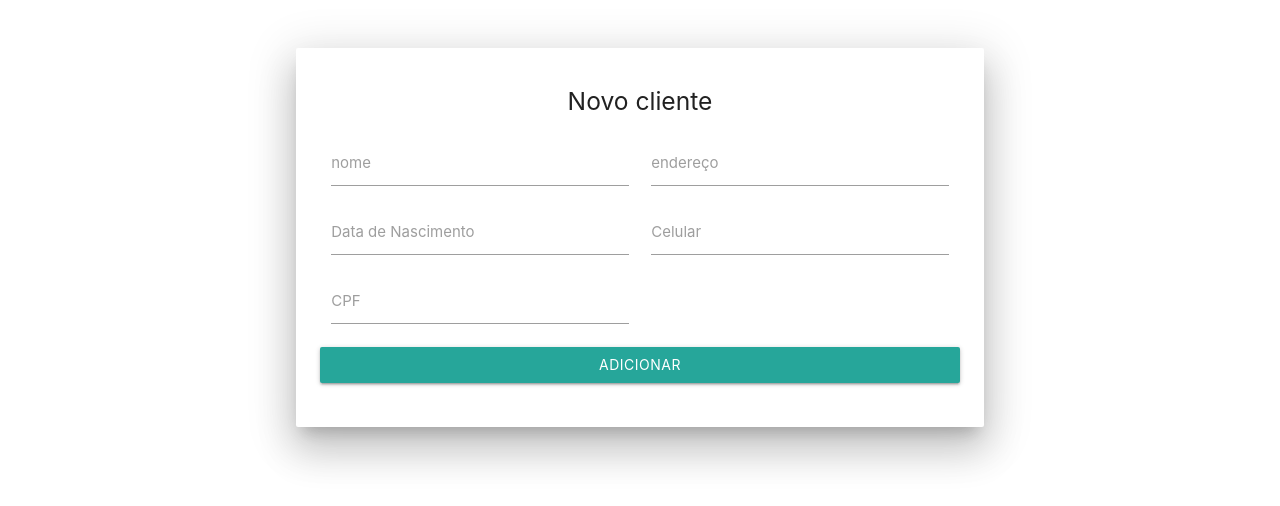
Repository: luizasilveira/TechWeb
Page: Projeto1/techWebP1/WebContent/add.html
The author's editor kept a copy of each file at every save. The page is drawn from the files as they stood at one save, then again after the next save.
The browser window is 1280 px wide. The pictures show the whole page.

Above is the page before, as saved 2019-09-08 22:13:16.

After the next save:
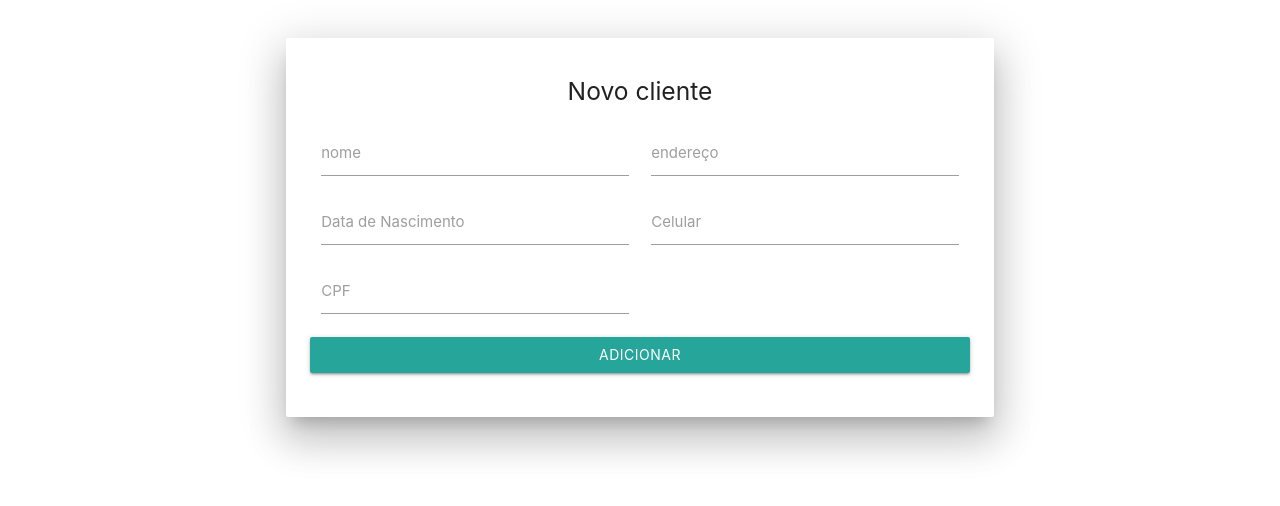
Saved 92 s later.
--- a/Projeto1/techWebP1/WebContent/add.html
+++ b/Projeto1/techWebP1/WebContent/add.html
@@ -17,7 +17,7 @@
 body {
   width: 60%;
   margin: auto;
-  padding: 40px;
+  padding: 30px;
   text-align: center;
 }
 </style>
